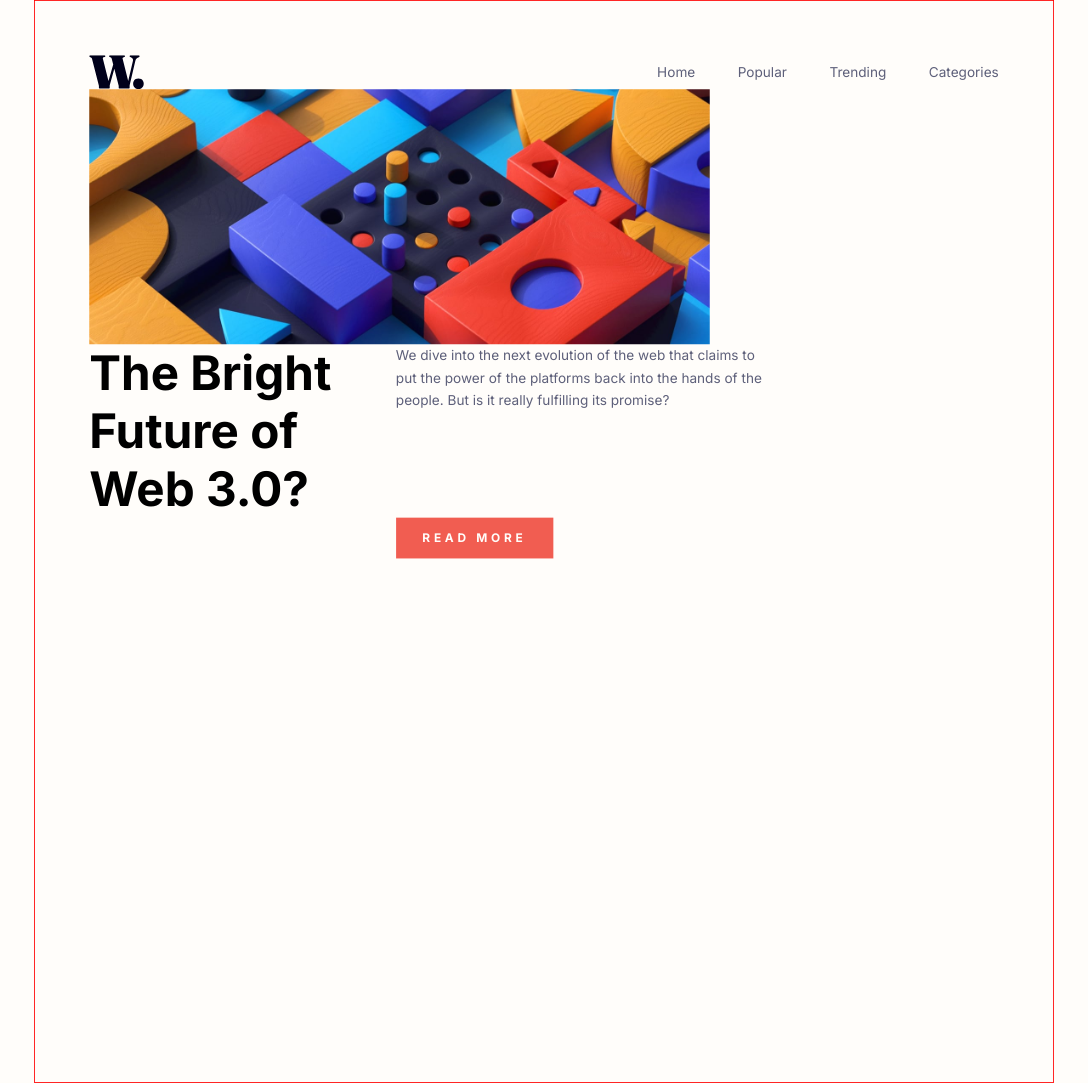
Repository: Arkitecth/news-webpage
Page: index.html
The author's editor kept a copy of each file at every save. The page is drawn from the files as they stood at one save, then again after the next save.
The browser window is 1280 px wide. The pictures show the whole page, at 85% of full size.

Above is the page before, as saved 2023-06-07 20:38:03.

After the next save:
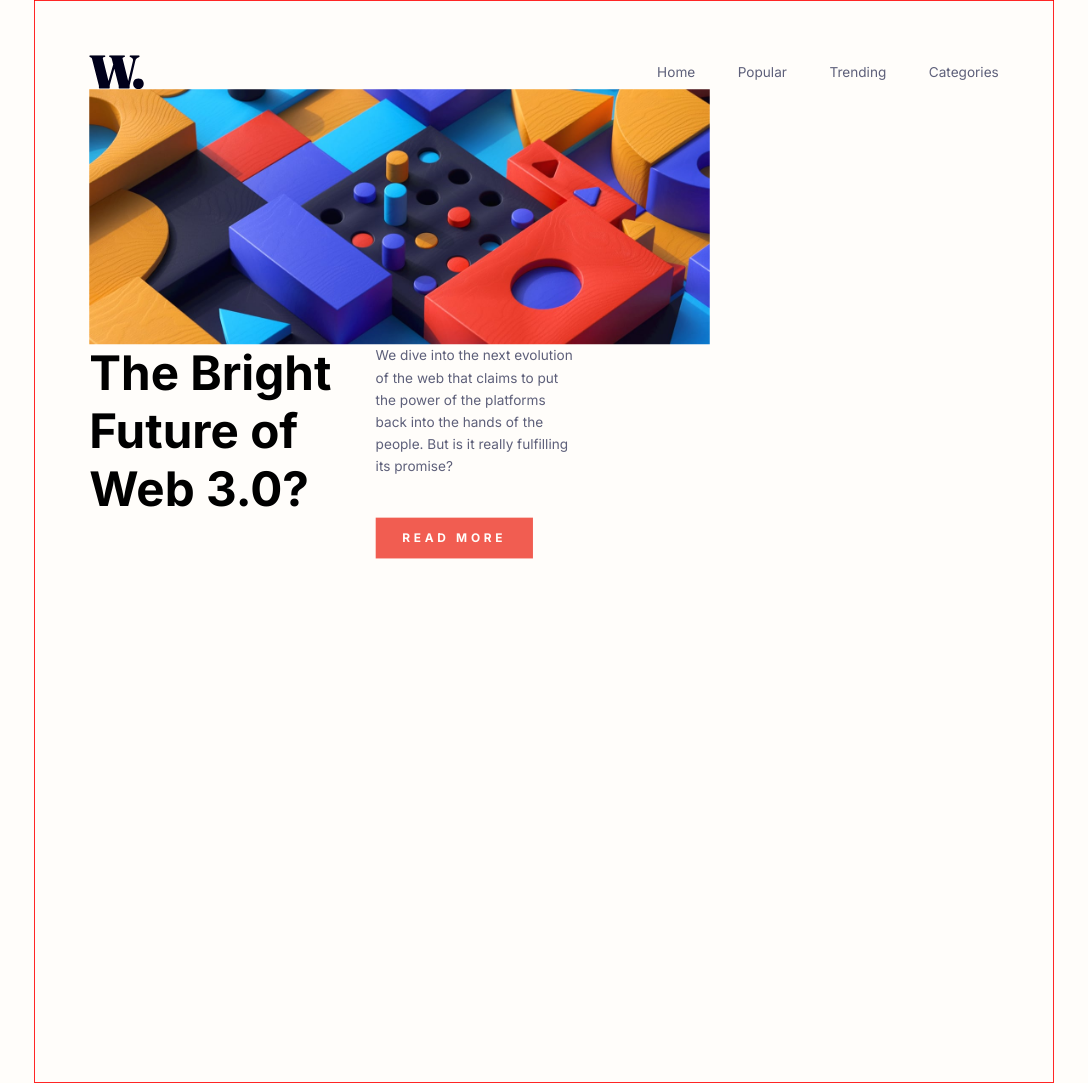
Saved 2 min 5 s later.
--- a/style.css
+++ b/style.css
@@ -118,7 +118,7 @@
 
 .showcase-card p {
     grid-row-start: 2;
-    grid-column: 2 / span 3;
+    grid-column: 2;
 }
 
 .showcase-card a {

After the save that followed:
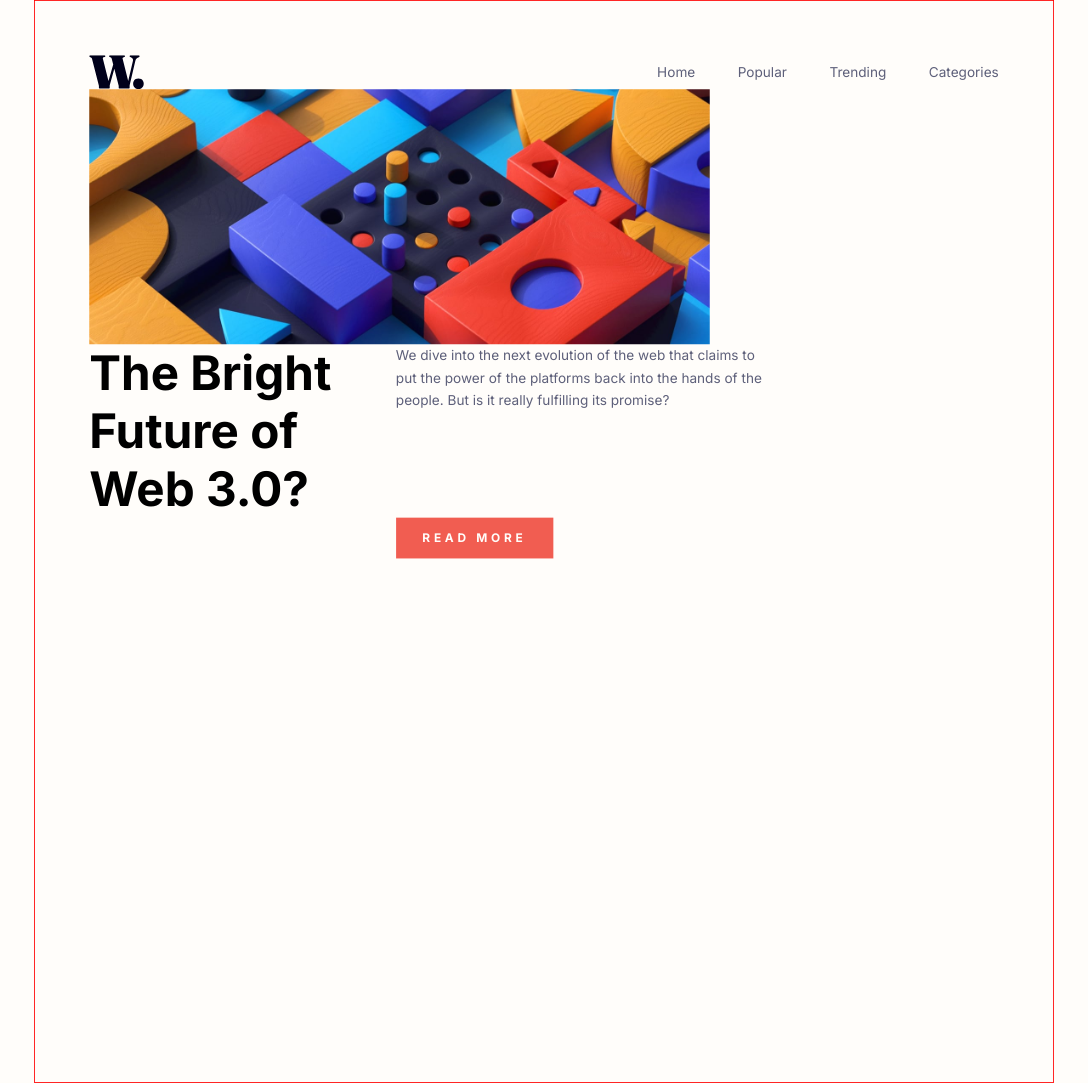
Saved 22 s later.
--- a/style.css
+++ b/style.css
@@ -118,7 +118,7 @@
 
 .showcase-card p {
     grid-row-start: 2;
-    grid-column: 2;
+    grid-column: 2 / span 3;
 }
 
 .showcase-card a {
